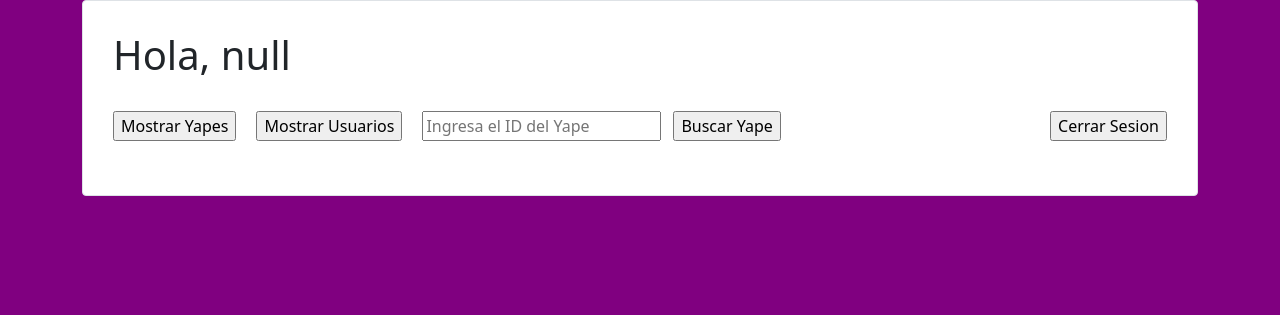
Repository: Gimblet/LP1_Proyecto_Yape
Page: http://localhost/Yape/adminDashboard.jsp
An editor plug-in stored every save of this project. The page is shown before and after the next save, followed by the edit.
The browser window is 1280 px wide. The pictures show the whole page.
The page is served by Tomcat 9. Other server files are loaded and not shown. Queries for data that is not in the repository find no rows.

Above is the page before, as saved 2024-05-03 20:21:48.

### Yape/src/main/webapp/adminDashboard.jsp
<%@page import="gestion.Metodos"%>
<%@ page import="java.util.List"%>
<%@ page import="data.Yapes"%>
<%@ page import="data.Logins"%>
<%@ page language="java" contentType="text/html; charset=ISO-8859-1"
	pageEncoding="ISO-8859-1"%>
<%
List<Yapes> yapeList = (List<Yapes>) request.getAttribute("ListaYapes");
List<Logins> userList = (List<Logins>) request.getAttribute("ListaUsuarios");
Metodos metodo = new Metodos();
%>
<!DOCTYPE html>
<html>

<head>
<meta charset="ISO-8859-1">
<link
	href="https://cdn.jsdelivr.net/npm/bootstrap@5.1.3/dist/css/bootstrap.min.css"
	rel="stylesheet">
<title>Admin Dashboard</title>

<style>
body {
	background-color: purple;
}

main {
	background-color: white;
	margin: auto;
}

.buscarContainer {
	display: flex;
	gap: 12px;
}

form {
	display: flex;
	gap: 20px;
}

#buscar {
	margin-left: auto;
}

input:hover {
	cursor: pointer;
}

section{
	padding: 30px;
}
</style>
</head>

<body>
	<div class="container">
		<main class="border rounded">
			<section>
				<h1>
					Hola,
					<%=metodo.obtenerNombre()%></h1>
				<br>
				<div>
					<form action="Servlet" method="post">
						<input type="submit" value="Mostrar Yapes" name="type"> <input
							type="submit" value="Mostrar Usuarios" name="type">
						<div class="buscarContainer">
							<input type="text" name="txtBuscar"
								<%String IDStatus = "Ingresa el ID del Yape";
if (request.getAttribute("IDInvalido") != null) {
	IDStatus = (String) request.getAttribute("IDInvalido");
}%>
								placeholder="<%=IDStatus%>"> <input type="submit"
								value="Buscar Yape" name="type">
						</div>
						<input id="buscar" type="submit" value="Cerrar Sesion" name="type">
					</form>
					<br>
				</div>

				<!-- Tabla de Yapes -->

				<%
				if (yapeList != null) {
				%>
				<table class="table">
					<thead>
						<tr>
							<th>IdYape</th>
							<th>Numero que lo realiza</th>
							<th>Numero que lo recibe</th>
							<th>Monto</th>
							<th>Fecha</th>
							<th>Hora</th>
							<th>Estado</th>
							<th>Acciones</th>
						</tr>
					</thead>
					<tbody>
						<%
						for (Yapes item : yapeList) {
						%>
						<tr>
							<td id="idYapeLista"><%=item.getIdYape()%></td>
							<td><%=item.getNumeroRealizante()%></td>
							<td><%=item.getNumeroRecibiente()%></td>
							<td><%=item.getMonto()%></td>
							<td><%=item.getFecha()%></td>
							<td><%=item.getHora()%></td>
							<td><%=item.getEstado()%></td>
							<td><a
								href="Servlet?type=Buscar Yape&id=<%=item.getIdYape()%>">Mas
									info</a> <a
								href="Servlet?type=Buscar Yape a Editar&id=<%=item.getIdYape()%>">Editar</a>
								<a
								href="Servlet?type=Eliminar Yape&id=<%=item.getIdYape()%>&numeroRec=<%=item.getNumeroRecibiente()%>&numeroRem=<%=item.getNumeroRealizante()%>&monto=<%=item.getMonto()%>">Eliminar</a>
							</td>
						</tr>
						<%
						}
						%>
					</tbody>
				</table>
				<%
				}
				%>

				<!-- Tabla de Usuarios -->

				<%
				if (userList != null) {
				%>
				<table class="table">
					<thead>
						<tr>
							<th>IdUsuario</th>
							<th>Tipo de Usuario</th>
							<th>Nombres Y Apellidos</th>
							<th>Saldo</th>
							<th>Numero</th>
							<th>Clave</th>
						</tr>
					</thead>
					<tbody>
						<%
						for (Logins item : userList) {
						%>
						<tr>
							<td id="idYapeLista"><%=item.getIdUsuario()%></td>
							<td><%=item.getTipoUsuario()%></td>
							<td><%=item.getNombreApellidos()%></td>
							<td><%=item.getSaldo()%></td>
							<td><%=item.getNumero()%></td>
							<td><%=item.getClave()%></td>
						</tr>
						<%
						}
						%>
					</tbody>
				</table>
				<%
				}
				%>
			</section>
		</main>
	</div>
</body>

</html>

### Yape/src/main/java/interfaces/IntYape.java
package interfaces;

import java.util.List;

import data.ClaseUtilitaria;
import data.Logins;
import data.Yapes;

public interface IntYape {
	Logins Login(int numero, String clave, String tipoUsr);
	List<Yapes> ListarYapes();
	List<Yapes> ListarTodosLosYapes();
	List<Logins> ListarUsuarios();
	int obtenerUsuario();
	String obtenerTipoUsuario();
	void cerrarSesion();
	ClaseUtilitaria validarYape(int numero, double monto);
	boolean validarYapeEditar(int numeroRec, int numeroRem, double monto, double OGmonto);
	void editarYape(int id, int numeroRec, int numeroRem, double monto, double OGmonto);
	void eliminarYape(int id, int numeroRec, int numeroRem, double OGmonto);
	public void eliminarUsuario(int id);
	Logins obtenerInformacionUsuario(int id);
	void editarUsuario(int id, String nombreApe, double saldo, String clave);
	void yapear(int numero, double monto);
	ClaseUtilitaria obtenerInformacionYape(int id);
	public String formatearFecha(String OGFecha);
	public String formatearHora(String OGHora);
}

### Yape/src/main/java/util/MysqlConexion.java
package util;

import java.sql.Connection;
import java.sql.DriverManager;
import java.sql.SQLException;

public class MysqlConexion {
	public static Connection getConexion() {
		Connection con = null;
		try {
			Class.forName("com.mysql.cj.jdbc.Driver").getDeclaredConstructor().newInstance();
			String url = "jdbc:mysql://localhost:3306/dbYape";
			String usr = "root";
			String psw = "mysql";
			con = DriverManager.getConnection(url, usr, psw);
		} catch(ClassNotFoundException e) {
			System.out.println("Error con el Driver de Base de Datos" + e.getMessage());
		} catch(SQLException e){
			System.out.println("Error con la base de datos" + e.getMessage());
		} catch(Exception e) {
			System.out.println("Error General" + e.getMessage());
		}
		return con;
	}

	public static void closeConnection(Connection con) {
		try {
			con.close();
		} catch(SQLException e) {
			System.out.println("Problemas al cerrar la conexion");
			e.printStackTrace();
		}
	}
}

Loaded but not shown: Yape/src/main/java/gestion/Metodos.java (896 lines, source omitted)

After the next save:
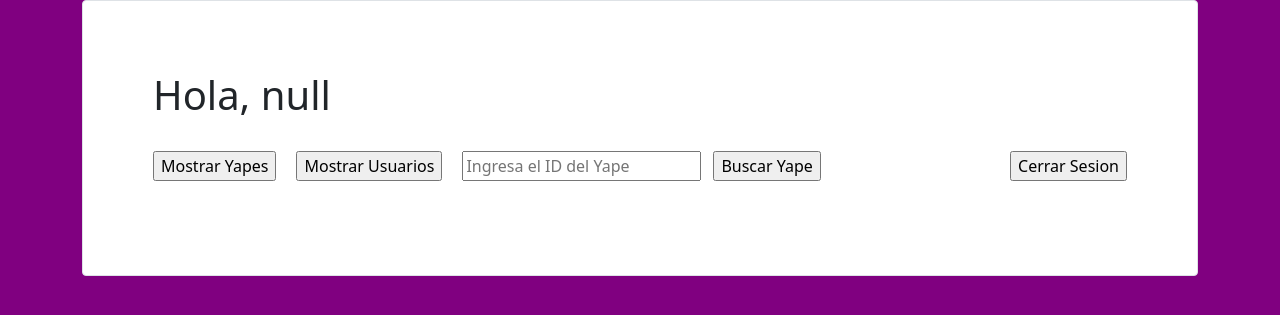
Saved 43 s later.
--- a/Yape/src/main/webapp/adminDashboard.jsp
+++ b/Yape/src/main/webapp/adminDashboard.jsp
@@ -48,7 +48,7 @@ input:hover {
 }
 
 section{
-	padding: 30px;
+	padding: 70px;
 }
 </style>
 </head>
